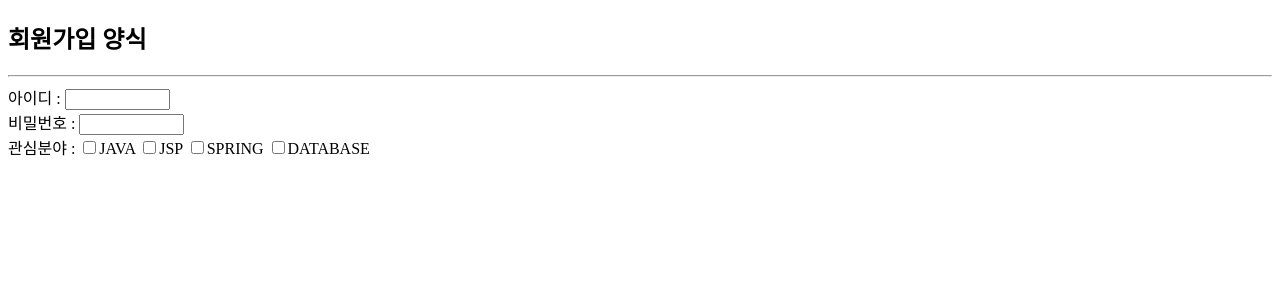
Repository: bbseok97/HTML
Page: HTML/src/main/webapp/form.html
An editor plug-in stored every save of this project. The page is shown before and after the next save, followed by the edit.
The browser window is 1280 px wide. The pictures show the whole page.

Above is the page before, as saved 2024-04-04 03:54:40.

### HTML/src/main/webapp/form.html
<!DOCTYPE html>
<html>
	<head>
		<meta charset="UTF-8">
		<title>form 태그</title>
	</head>
	<body>
		<!-- form 태그는 서버에 데이터를 전송하기 위해서 사용 -->
		<form>
			<h2>회원가입 양식</h2>
			<hr>
			아이디 : <input type="text" size="10"> <br>
			비밀번호 : <input type="password" size="10"><br>

			관심분야 :
			<input type="checkbox" name="intro">JAVA
			<input type="checkbox" name="intro">JSP
			<input type="checkbox" name="intro">SPRING
			<input type="checkbox" name="intro">DATABASE

		</form>
	</body>
</html>

After the next save:
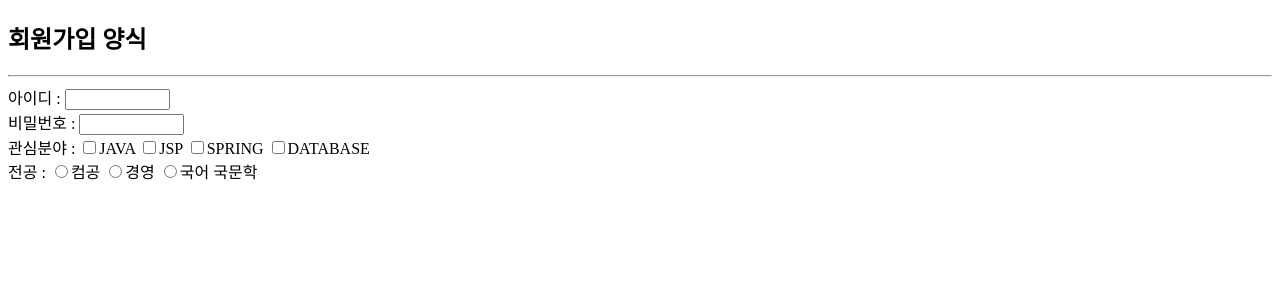
Saved 3 min 0 s later.
--- a/HTML/src/main/webapp/form.html
+++ b/HTML/src/main/webapp/form.html
@@ -12,12 +12,19 @@
 			아이디 : <input type="text" size="10"> <br>
 			비밀번호 : <input type="password" size="10"><br>
 
+
+			<!-- checkbox, radio 는 name을 같은 그룹으로 그룹핑해서 사용해요 -->
 			관심분야 :
 			<input type="checkbox" name="intro">JAVA
 			<input type="checkbox" name="intro">JSP
 			<input type="checkbox" name="intro">SPRING
 			<input type="checkbox" name="intro">DATABASE
 
+			<br>
+			전공 :
+			<input type="radio" name="major">컴공
+			<input type="radio" name="major">경영
+			<input type="radio" name="major">국어 국문학
 		</form>
 	</body>
 </html>
